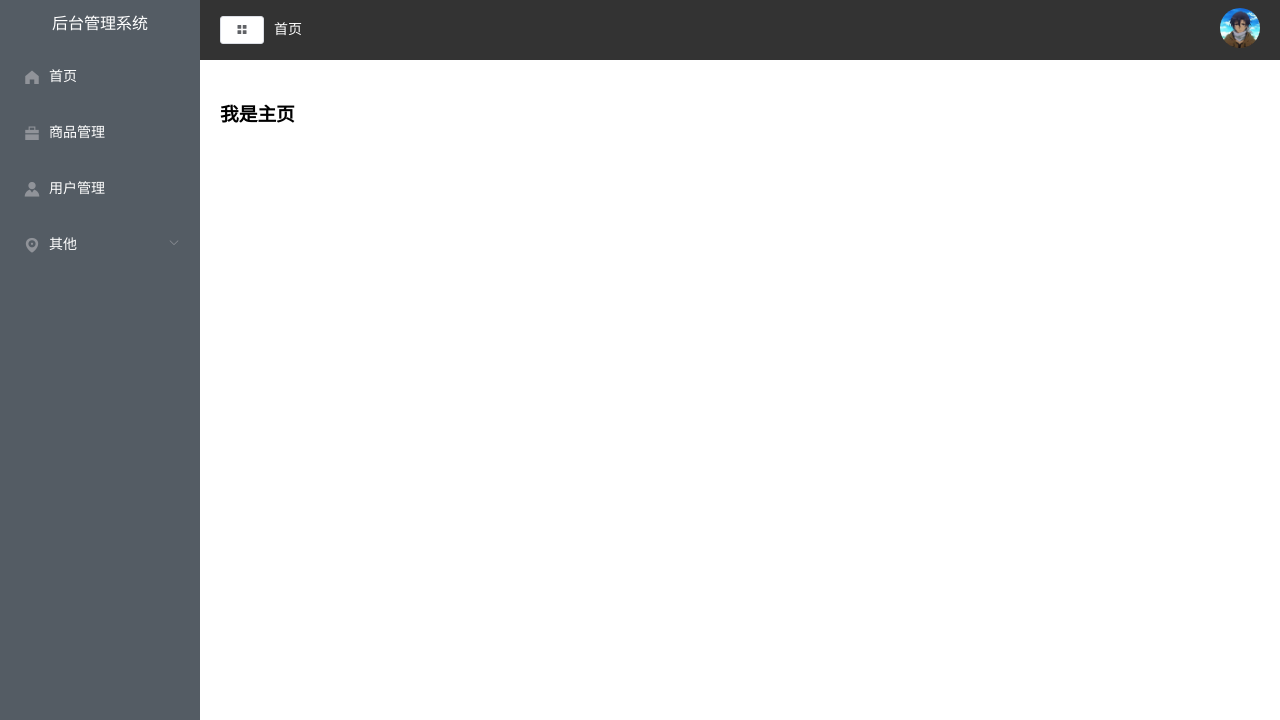
Repository: ldqml/ldqml.github.io
Page: /
These files come from the project's save history. The page is drawn as it stood at one moment and after the next save; the edit follows.
The browser window is 1280 px wide. The pictures show the whole page.
The project was rebuilt for these pictures with package versions that can differ from the ones it lists, and the page was loaded fresh each time. Also part of the build but not shown: vue.config.js, src/views/User.vue, src/views/Mall.vue, src/views/PageOne.vue, src/views/PageTwo.vue.

Above is the page before, as saved 2022-10-31 22:01:45.

### src/main.js
import Vue from 'vue'
import App from './App.vue'
import ElementUi from 'element-ui'
import 'element-ui/lib/theme-chalk/index.css'
import router from './router'
import store from './store'

Vue.use(ElementUi)
Vue.config.productionTip = false

new Vue({
  router,
  store,
  render: h => h(App),
}).$mount('#app')

### src/App.vue
<template>
  <div id="app">
    <!-- <el-row>
      <el-button disabled>默认按钮</el-button>
      <el-button type="primary" disabled>主要按钮</el-button>
      <el-button type="success" disabled>成功按钮</el-button>
      <el-button type="info" disabled>信息按钮</el-button>
      <el-button type="warning" disabled>警告按钮</el-button>
      <el-button type="danger" disabled>危险按钮</el-button>
    </el-row> -->
    <router-view></router-view>
  </div>
</template>

<script>
export default {
  name: "App",
  components: {},
};
</script>

<style lang="less">
html, body,h3{
  margin: 0;
  padding: 0;
}
</style>

### src/router/index.js
import Vue from 'vue'
import VueRouter from 'vue-router'
import User from '../views/User.vue'
import Home from '../views/Home.vue'
import Main from '../views/Main.vue'
import Mall from '../views/Mall.vue'
import PageOne from '../views/PageOne.vue'
import PageTwo from '../views/PageTwo.vue'

Vue.use(VueRouter)

const routes = [
    {
        path:'/',
        component:Main,
        redirect:'/home',
        children:[
            {
                path:'/',
                component: Home
            },
            {
                path:'/user',
                component: User
            },
            {
                path:'/mall',
                component: Mall
            },
            {
                path:'/page1',
                component: PageOne
            },
            {
                path:'/page2',
                component: PageTwo
            }
        ]
    }
]

const router = new VueRouter({
    routes
})

export default router

### src/store/index.js
import Vue from 'vue'
import Vuex from 'vuex'
import tab from './tab'

Vue.use(Vuex)

export default new Vuex.Store({
    modules:{
        tab
    }
})

### src/views/Home.vue
<template>
    <div>
        <h1>我是主页</h1>
    </div>
</template>
<script>
export default {
    data() {
        return {

        }
    },
}
</script>

### src/views/Main.vue
<template>
  <div>
    <el-container>
      <el-aside width="auto">
        <com-aside></com-aside>
      </el-aside>
      <el-container>
        <el-header>
          <com-header></com-header>
        </el-header>
        <el-main>
            <router-view></router-view>
        </el-main>
      </el-container>
    </el-container>
  </div>
</template>
<script>
import ComAside from '../components/ComAside.vue'
import ComHeader from '../components/ComHeader.vue'
export default {
  data() {
    return {}
  },
  components:{
    ComAside,
    ComHeader
  }
};
</script>

<style scoped>
.el-header{
  padding: 0;
}
</style>

### src/store/tab.js
export default{
    state:{
        isCollapse:false
    },
    mutations:{
        collapseMenu(state){
            state.isCollapse= !state.isCollapse
        }
    }
}

### src/components/ComAside.vue
<template>
  <el-menu
    default-active="1-4-1"
    class="el-menu-vertical-demo"
    @open="handleOpen"
    @close="handleClose"
    :collapse="isCollapse"
    background-color="#545c64"
    text-color="#fff"
    active-text-color="#ffd04b"
  >
    <h3>{{isCollapse ? '后台' : '后台管理系统'}}</h3>
    <el-menu-item @click="toPage(item)" v-for="item in noChildren" :key='item.name' :index="item.name">
      <i :class="`el-icon-${item.icon}`"></i>
      <span slot="title">{{item.label}}</span>
    </el-menu-item>
    <el-submenu v-for="item in hasChildren" :key="item.label" :index="item.label">
      <template slot="title">
        <i class="el-icon-location"></i>
        <span slot="title">{{item.label}}</span>
      </template>
      <el-menu-item-group>
        <el-menu-item @click="toPage(subitem)" v-for="subitem in item.children" :key="subitem.name" :index="subitem.name">{{subitem.label}}</el-menu-item>
      </el-menu-item-group>
    </el-submenu>
  </el-menu>
</template>

<style lang="less" scoped>
.el-menu-vertical-demo:not(.el-menu--collapse) {
  width: 200px;
  min-height: 400px;
}
.el-menu{
  height: 100vh;
  h3{
    color: #fff;
    text-align: center;
    line-height: 48px;
    font-size: 16px;
    font-weight: 400;
  }
}
</style>

<script>
export default {
  data() {
    return {
      menuDate:[
        {
          path: '/',
          name: 'home',
          label: '首页',
          icon: 's-home',
          url: 'Home/Home'
        },
        {
          path: '/mall',
          name: 'mall',
          label: '商品管理',
          icon: 's-cooperation',
          url: 'MallManage/MallManage'
        },
        {
          path: '/user',
          name: 'user',
          label: '用户管理',
          icon: 's-custom',
          url: 'UserManage/UserManage'
        },
        {
          label: '其他',
          icon: 'location',
          children: [
            {
              path: '/page1',
              name: 'page1',
              label: '首页1',
              icon: 'setting',
              url: 'Other/PageOne'
            },
            {
              path: '/page2',
              name: 'page2',
              label: '首页2',
              icon: 'setting',
              url: 'Other/PageTwo'
            }
          ]
        }
      ]
    };
  },
  methods: {
    handleOpen(key, keyPath) {
      console.log(key, keyPath);
    },
    handleClose(key, keyPath) {
      console.log(key, keyPath);
    },
    toPage(item){
      if(this.$route.path != item.path && !(this.$route.path === '/home' && (item.path === '/'))){
        this.$router.push(item.path)
      }
    }
  },
  computed:{
    noChildren(){
        return this.menuDate.filter(item => !item.children)
    },
    hasChildren(){
        return this.menuDate.filter(item => item.children)
    },
    isCollapse(){
      return this.$store.state.tab.isCollapse
    }
  }
};
</script>

<style lang="less" scoped>
.el-menu{
  border-right: none;
}
</style>

### src/components/ComHeader.vue
<template>
  <div class="header-container">
    <div class="l-content">
      <el-button @click="handMenu" icon="el-icon-menu" size="mini"></el-button>
      <span class="text">首页</span>
    </div>
    <div class="r-content">
      <el-dropdown>
        <span class="el-dropdown-link">
          <img class="user" src="../images/1.jpeg" alt="">
        </span>
        <el-dropdown-menu slot="dropdown">
          <el-dropdown-item>个人中心</el-dropdown-item>
          <el-dropdown-item>退出</el-dropdown-item>
        </el-dropdown-menu>
      </el-dropdown>
    </div>
  </div>
</template>
<script>
export default {
  data() {
    return {};
  },
  methods:{
    handMenu(){
        this.$store.commit('collapseMenu')
    }
  }
};
</script>

<style lang="less" scoped>
.header-container {
  padding: 0 20px;
  background-color: #333;
  height: 60px;
  display: flex;
  justify-content: space-between;
  align-items: center;
  .text {
    color: #fff;
    font-size: 14px;
    margin-left: 10px;
  }
  .r-content{
    .user{
        width: 40px;
        height: 40px;
        border-radius: 50%;
    }
  }
}
</style>

Loaded but not shown: public/index.html (common file)

After the next save:
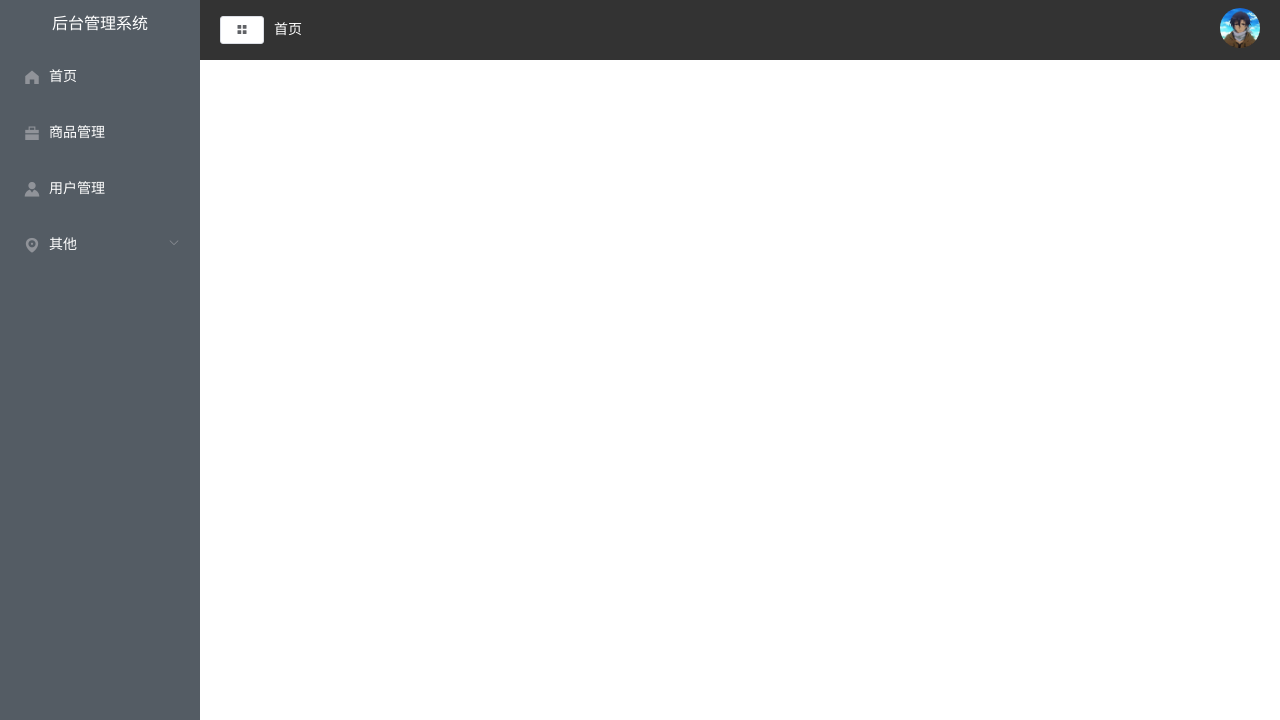
Saved 14 h 52 min later.
--- a/src/views/Home.vue
+++ b/src/views/Home.vue
@@ -1,6 +1,9 @@
 <template>
     <div>
-        <h1>我是主页</h1>
+     <el-row>
+       <el-col :span="12"><div class="grid-content bg-purple"></div></el-col>
+       <el-col :span="12"><div class="grid-content bg-purple-light"></div></el-col>
+     </el-row>
     </div>
 </template>
 <script>
